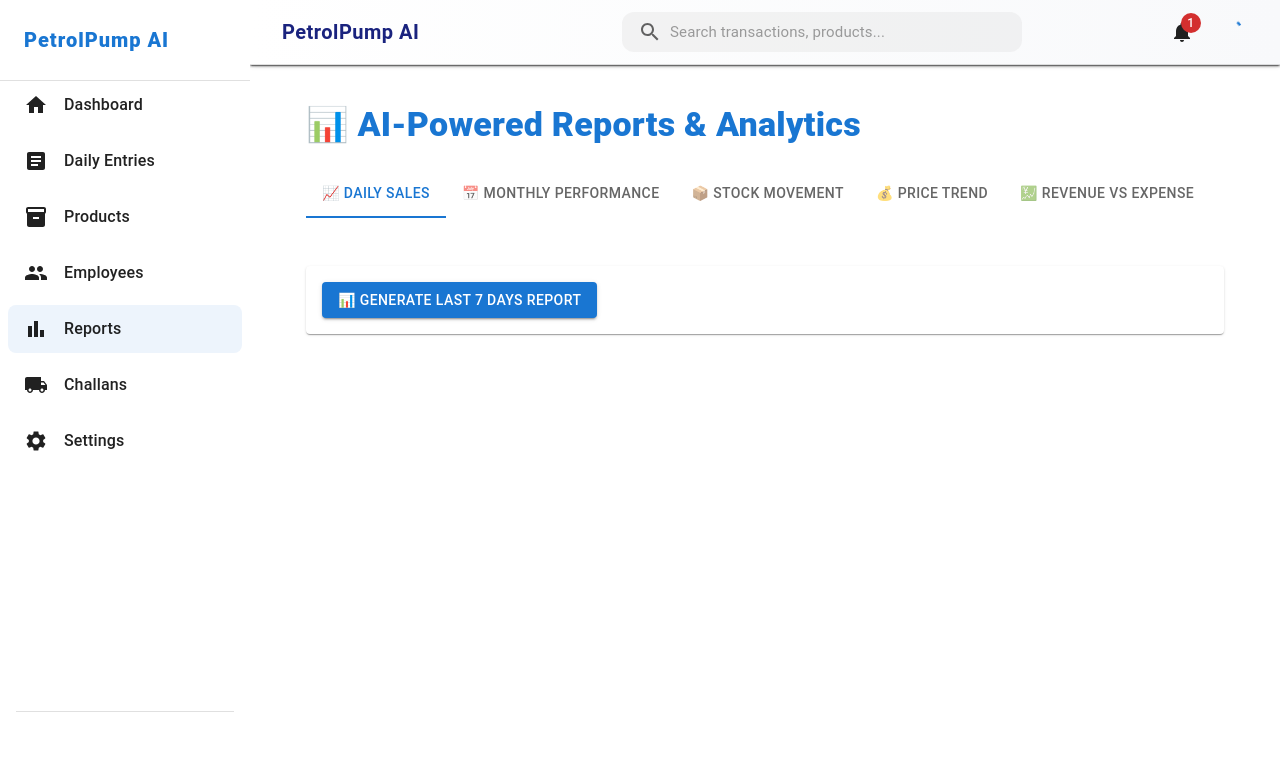
Repository: saquib0509/AI-Enabled-Retail-Management-
Page: /reports (app in frontend/)
An editor plug-in stored every save of this project. The page is shown before and after the next save, followed by the edit.
The browser window is 1280 px wide. The pictures show the whole page.
The page's requests for data from a server got no answer. The project was rebuilt for these pictures with package versions that can differ from the ones it lists, and the page was loaded fresh each time. No one was signed in, and anything a server would have sent is missing. Also part of the build but not shown: frontend/vite.config.ts, frontend/src/pages/Dashboard.tsx, frontend/src/components/DailyEntryForm.tsx, frontend/src/components/EmployeeList.tsx, frontend/src/components/EmployeeForm.tsx, frontend/src/components/EmployeeAttendance.tsx, frontend/src/components/EmployeeSalary.tsx, frontend/src/pages/Employees.tsx and 9 more.

Above is the page before, as saved 2025-11-08 23:27:52.

After the next save:
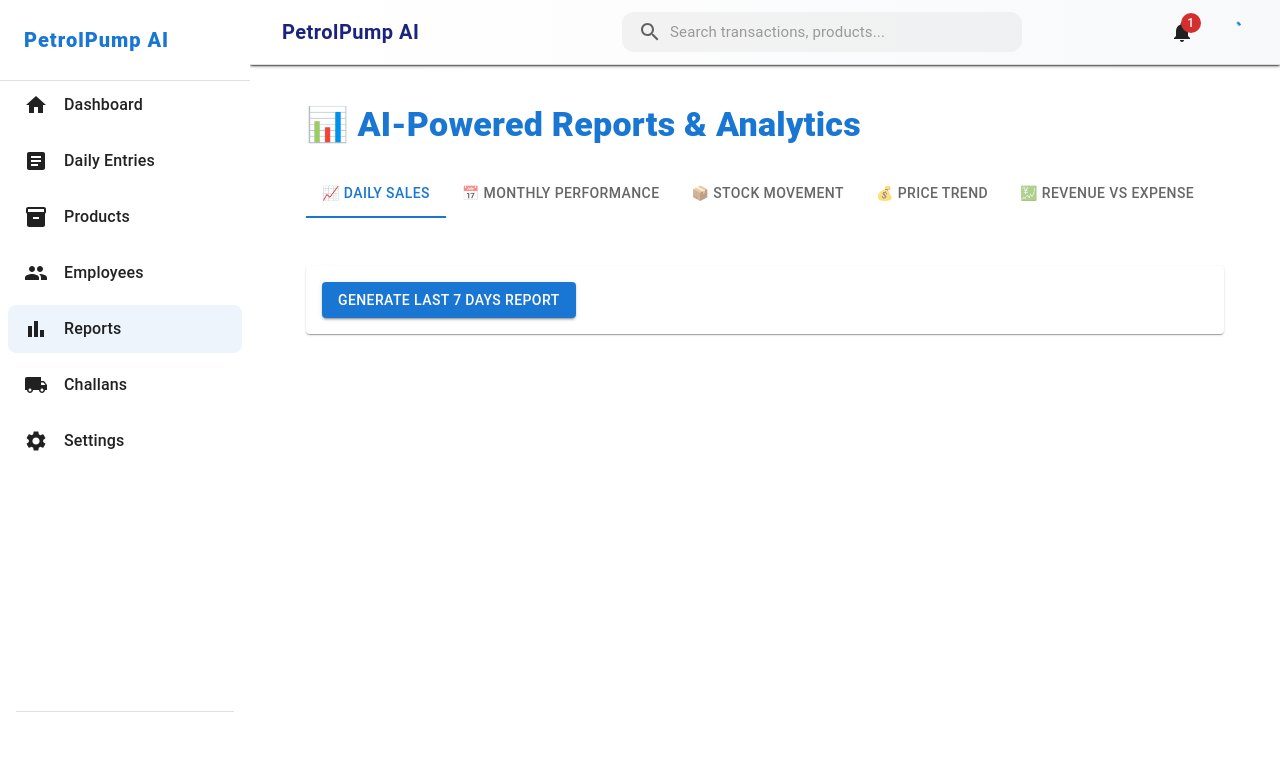
Saved 6 s later.
--- a/frontend/src/components/Reports/DailySalesReport.tsx
+++ b/frontend/src/components/Reports/DailySalesReport.tsx
@@ -65,7 +65,7 @@ const DailySalesReport: FC = () => {
     <Box>
       <Paper sx={{ p: 2, mb: 3 }}>
         <Button variant="contained" onClick={fetchReport} disabled={loading}>
-          {loading ? '⏳ Loading...' : '📊 Generate Last 7 Days Report'}
+          {loading ? 'Loading...' : 'Generate Last 7 Days Report'}
         </Button>
       </Paper>
 
